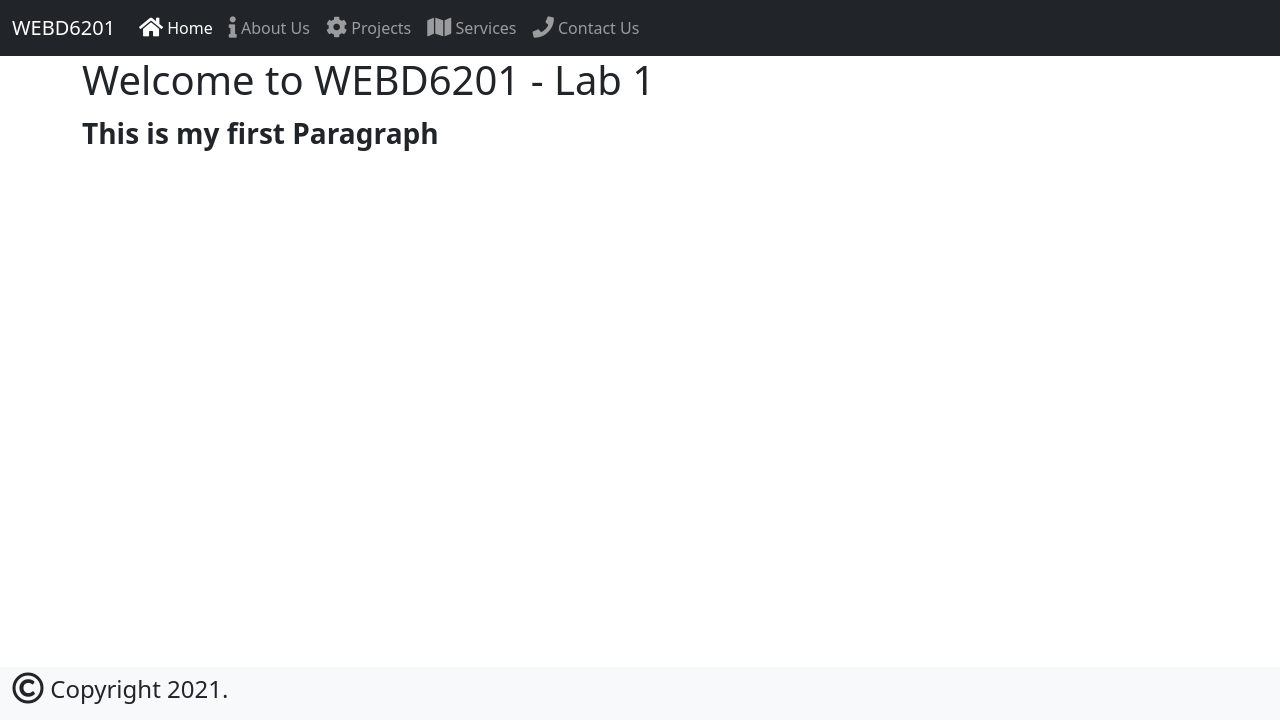
Repository: AshokSasi/WEBD6201-ASasitharan-ICE3
Page: index.html
An editor plug-in stored every save of this project. The page is shown before and after the next save, followed by the edit.
The browser window is 1280 px wide. The pictures show the whole page.

Above is the page before, as saved 2021-02-03 09:26:18.

### index.html
<!DOCTYPE html>
<html lang="en">
<head>
    <meta charset="UTF-8">
    <meta name="viewport" content="width=device-width, initial-scale=1.0">
    <title>Home</title>
    <!-- CSS Section -->
    <link rel="stylesheet" href="./node_modules/bootstrap/dist/css/bootstrap.min.css">
    <link rel="stylesheet" href="./node_modules/@fortawesome/fontawesome-free/css/all.min.css">
    <link rel="stylesheet" href="./Content/app.css">
</head>
<body>
    <!-- Main Header -->
    <header>
        <!-- Main Navigation -->
        <nav class="navbar navbar-expand-lg navbar-dark bg-dark">
            <div class="container-fluid">
              <a class="navbar-brand" href="index.html">WEBD6201</a>
              <button class="navbar-toggler" type="button" data-bs-toggle="collapse" data-bs-target="#navbarSupportedContent" aria-controls="navbarSupportedContent" aria-expanded="false" aria-label="Toggle navigation">
                <span class="navbar-toggler-icon"></span>
              </button>
              <div class="collapse navbar-collapse" id="navbarSupportedContent">
                <ul class="navbar-nav me-auto mb-2 mb-lg-0">
                  <li class="nav-item">
                    <a class="nav-link active" aria-current="page" href="index.html"><i class="fas fa-home fa-lg"></i> Home</a>
                  </li>

                  <li class="nav-item">
                    <a class="nav-link" aria-current="page" href="about.html"><i class="fas fa-info fa-lg"></i> About Us</a>
                  </li>

                  <li class="nav-item">
                    <a class="nav-link" aria-current="page" href="projects.html"><i class="fas fa-cog fa-lg"></i> Projects</a>
                  </li>

                  <li class="nav-item">
                    <a class="nav-link" aria-current="page" href="services.html"><i class="fas fa-map fa-lg"></i> Services</a>
                  </li>

                  <li class="nav-item">
                    <a class="nav-link" aria-current="page" href="contact.html"><i class="fas fa-phone fa-lg"></i> Contact Us</a>
                  </li>
                </ul>
              </div>
            </div>
          </nav>
    </header>

    <!-- Main Content -->
    <main class="container">
        <h1>Welcome to WEBD 6201</h1>
        <p id="paragraphOne"></p>
    </main>

    <!-- Main Footer -->
    <footer>
        <nav class="navbar fixed-bottom navbar-light bg-light">
            <div class="container-fluid">
              <h4><i class="far fa-copyright fa-lg"></i> Copyright 2021.</h4>
            </div>
          </nav>
    </footer>

    <!-- Script Section-->
    <script src="./node_modules/jquery/dist/jquery.min.js"></script>
    <script src="./node_modules/bootstrap/dist/js/bootstrap.bundle.min.js"></script>
    <script src="./Scripts/app.js"></script>
</body>
</html>

### Scripts/app.js
/* custom JavaScript goes here */

//IIFE - Immediately Invoked Function Expression
//AKA - Anonymous Self-Executing Function
//Closure - limits scope leak

"use strict";





(function()
{
    function displayHome()
    {

      let h1= $("h1").on("mouseover", function()
      {
        console.log("mouse over h1!!!");
      });


        let paragraphOneText =
          "This is a simple site to demonstrate DOM Manipulation for ICE 1";


        let paragraphOneElement = document.getElementById("paragraphOne");

        paragraphOneElement.textContent = paragraphOneText;
        paragraphOneElement.className = "fs-5";

        // Step 1. document.createElement
        let newParagraph = document.createElement("p");
        // Step 2. configure the element
        newParagraph.setAttribute("id", "paragraphTwo");
        newParagraph.textContent = "...And this is paragraph two";
        // Step 3. select the parent element
        let mainContent = document.getElementsByTagName("main")[0];
        // Step 4. Add / Insert the element
        mainContent.appendChild(newParagraph);

        newParagraph.className = "fs-6";

        // another way of injecting content
        let paragraphDiv = document.createElement("div");
        let paragraphThree = `<p id="paragraphThree" class="fs-7 fw-bold">And this is the Third Paragraph</p>`;
        paragraphDiv.innerHTML = paragraphThree;

        // insertions

        // example of inserting before a node
        //newParagraph.before(paragraphDiv);

        // example of inserting after a node
        newParagraph.after(paragraphDiv);

        // deletions

        // example of removing a single element
        //paragraphOneElement.remove();

        // example of removeChild
        mainContent.removeChild(paragraphOneElement);

        // update / modification
        //mainContent.firstElementChild.textContent = "Welcome Home!";

        mainContent.innerHTML = `<h1 id="firstHeading">Welcome to WEBD6201 - Lab 1</h1>
         <p id="paragraphOne" class="fs-3 fw-bold">This is my first Paragraph</p>
        `;

    }

    function displayAbout()
    {

    }

    function displayProjects()
    {

    }

    function displayServices()
    {

    }

    function displayContact()
    {
        let messageArea = document.getElementById("messageArea");
        messageArea.hidden = true;

        // form validation
        let fullName = document.getElementById("fullName");
        fullName.addEventListener("blur", function() {
            if(fullName.value.length < 2)
            {
                fullName.focus();
                fullName.select();
                messageArea.hidden = false;
                messageArea.className = "alert alert-danger";
                messageArea.textContent = "Please enter an appropriate Name";
            }
            else
            {
                messageArea.removeAttribute("class");
                messageArea.hidden = true;
            }
        });

        let sendButton = document.getElementById("sendButton");
        sendButton.addEventListener("click", function(event){
            //event.preventDefault();

            let contact = new Contact(fullName.value, contactNumber.value, emailAddress.value);

            if(contact.serialize())
            {
              localStorage.setItem((localStorage.length + 1).toString(), contact.serialize());
            }

        });
    }

    function displayContactList()
    {
      if (localStorage.length > 0)
      {
        let contactList = document.getElementById("contactList");

        let data = "";

        for (let index = 0; index < localStorage.length; index++)
        {
          let contactData = localStorage.getItem((index + 1).toString());

          let contact = new Contact();
          contact.deserialize(contactData);

          data += `<tr>
          <th scope="row">${index + 1}</th>
          <td>${contact.FullName}</td>
          <td>${contact.ContactNumber}</td>
          <td>${contact.EmailAddress}</td>
        </tr>`;
        }

        contactList.innerHTML = data;
      }
    }



    function Start()
    {
        console.log("App Started...");

        switch (document.title)
        {
          case "Home":
              displayHome();
            break;
          case "About":
              displayAbout();
            break;
          case "Projects":
              displayProjects();
            break;
          case "Services":
              displayServices();
            break;
          case "Contact":
              displayContact();
            break;
          case "Contact-List":
            displayContactList();
          break;
        }

    }

    window.addEventListener("load", Start);

})();

Loaded but not shown: node_modules/bootstrap/dist/css/bootstrap.min.css (library); node_modules/@fortawesome/fontawesome-free/css/all.min.css (library); Content/app.css (common file); node_modules/jquery/dist/jquery.min.js (library); node_modules/bootstrap/dist/js/bootstrap.bundle.min.js (library)

After the next save:
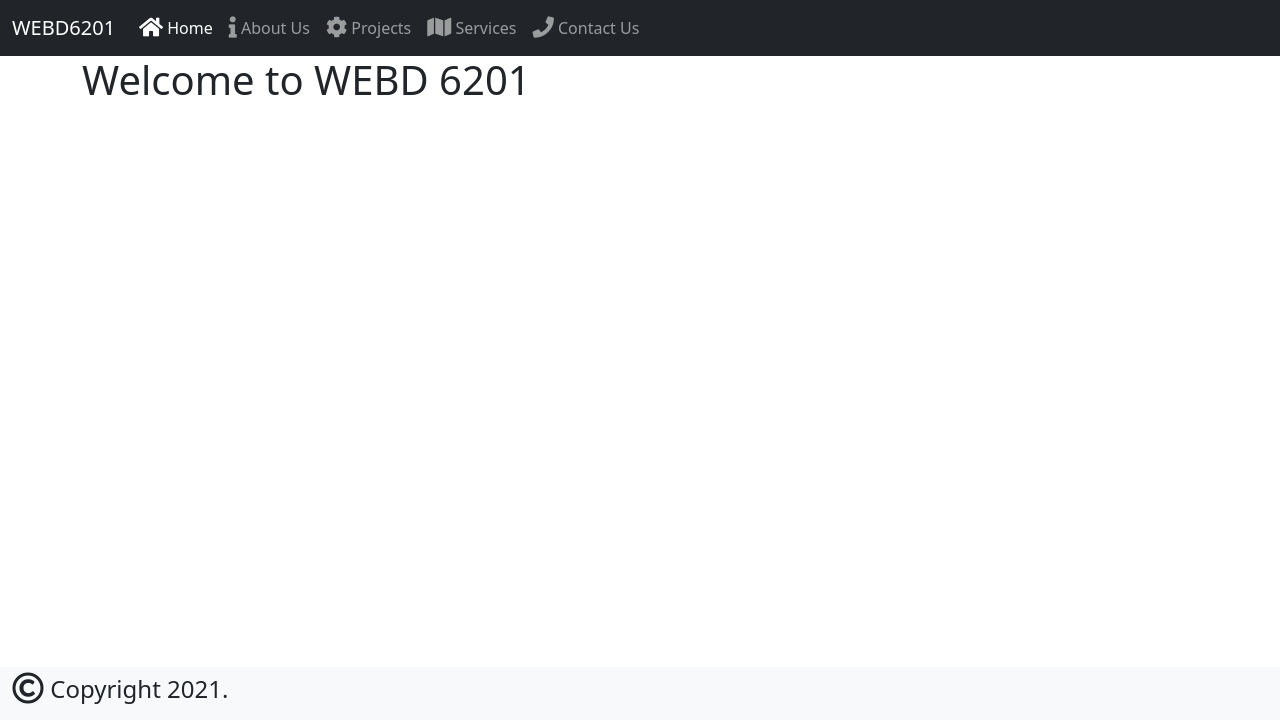
Console error: TypeError: document.querySelectorAll(...).addEventListener is not a function
Saved 82 s later.
--- a/Scripts/app.js
+++ b/Scripts/app.js
@@ -15,11 +15,15 @@
     function displayHome()
     {
 
-      let h1= $("h1").on("mouseover", function()
+      let h1= $("h1").on("click", function()
       {
-        console.log("mouse over h1!!!");
+        console.log("clicked j query h1!!!");
       });
 
+      document.querySelectorAll("h1").addEventListener("click", function()
+      {
+        console.log("clicked h1 h1!!!");
+      });
 
         let paragraphOneText =
           "This is a simple site to demonstrate DOM Manipulation for ICE 1";

After the 2 saves that followed:
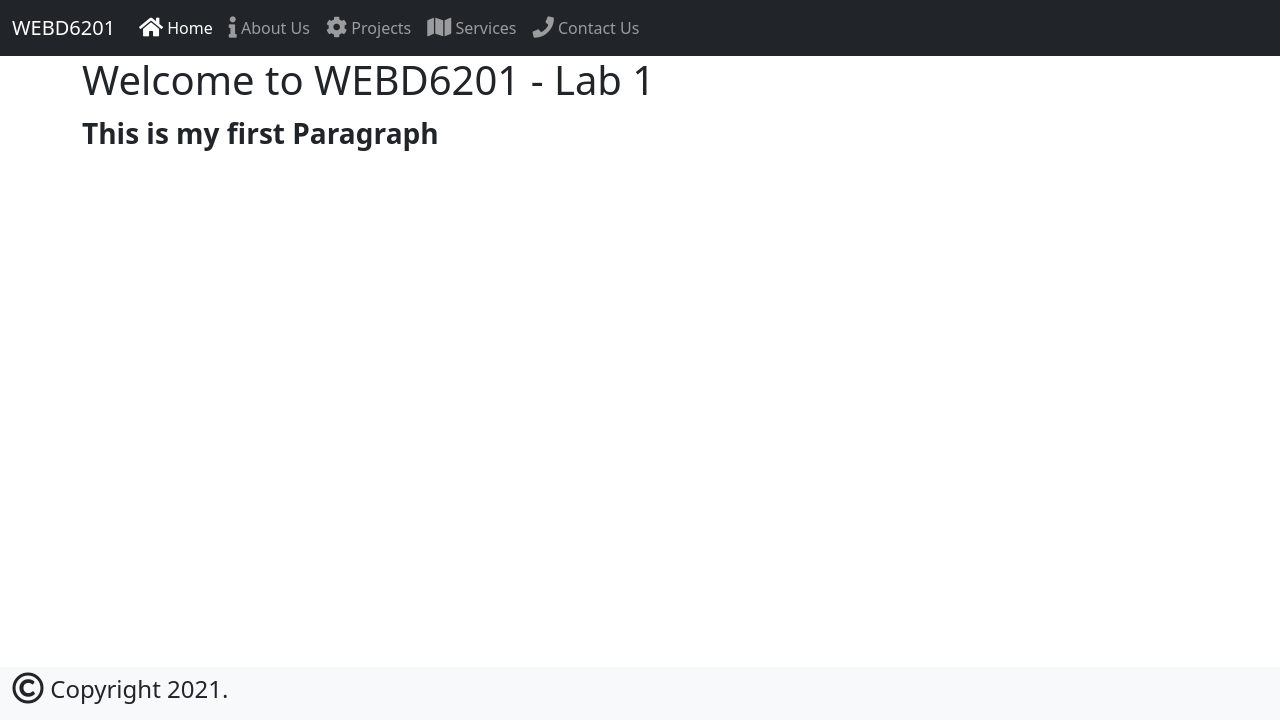
The error is gone.
The 2 saves are shown as one change because 1 left the picture as it was.
The last was saved 3 min 17 s later.
--- a/Scripts/app.js
+++ b/Scripts/app.js
@@ -15,15 +15,17 @@
     function displayHome()
     {
 
-      let h1= $("h1").on("click", function()
+       $("h1").on("click", function()
       {
         console.log("clicked j query h1!!!");
       });
 
-      document.querySelectorAll("h1").addEventListener("click", function()
+      let h1=  document.querySelectorAll("h1")[0];
+
+      h1.addEventListener("click", function()
       {
-        console.log("clicked h1 h1!!!");
-      });
+        console.log("clicked js h1!!!");
+      })
 
         let paragraphOneText =
           "This is a simple site to demonstrate DOM Manipulation for ICE 1";
